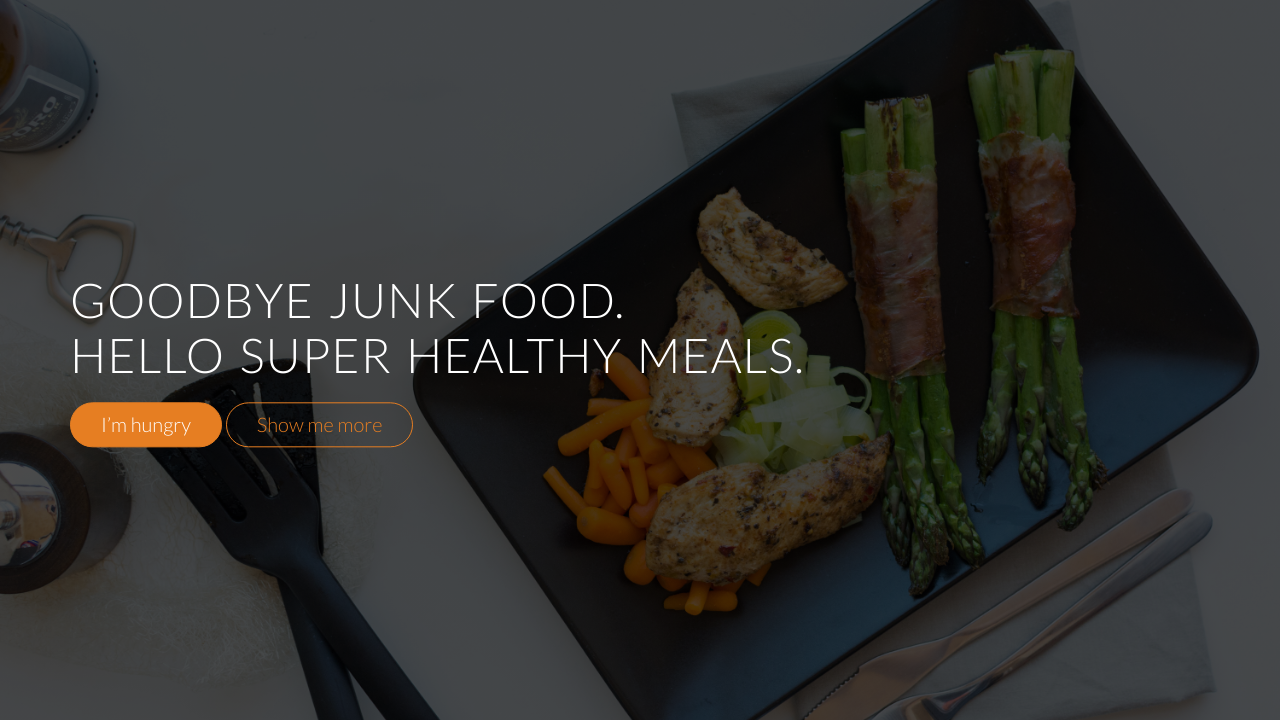
Repository: MalgorzataMazur/Omnifood
Page: index.html
An editor plug-in stored every save of this project. The page is shown before and after the next save, followed by the edit.
The browser window is 1280 px wide. The pictures show the whole page.

Above is the page before, as saved 2019-10-23 21:19:30.

### index.html
<!DOCTYPE html>
<html lang="en">
    <head>
        <link rel="stylesheet" href="vendors/css/normalize.css">
        <link rel="stylesheet" href="vendors/css/grid.css">
        <link rel="stylesheet" href="resources/css/style.css">
        <link href="https://fonts.googleapis.com/css?family=Lato:100,300,300i,400&display=swap" rel="stylesheet">
        <meta charset="UTF-8">
        <meta name="viewport" content="width=device-width, initial-scale=1.0">
        <meta http-equiv="X-UA-Compatible" content="ie=edge">
        <title>Omnifood</title>
    </head>
    <body>
        <header> <!-- like container to put some conetent nav, footer, main element for the main cinetent etc-->
            <div class="hero-text-box">
                <h1>Goodbye junk food.<br>Hello super healthy meals.</h1>
                <a class="btn btn-full" href="#">I’m hungry</a>
                <a class="btn btn-ghost" href="#">Show me more</a>



            </div>
        </header>


    </body>
</html>

### resources/css/style.css
* {
    margin: 0%;
    padding: 0%;
    box-sizing: border-box;
}

html {
    background-color: #fff;
    color: #555;
    font-family: 'Lato';'Arial', sans-serif;
    font-weight: 300;
    font-size: 20px;
    text-rendering: optimizeLegibility;
}

.row {
    max-width: 1140px;
    margin: 0 auto;
}

header {
    background-image: linear-gradient(rgba(0, 0, 0, 0.705), rgba(0, 0, 0, 0.705)), url(img/hero.jpg);
    background-size: cover;
    background-position: center;
    height: 100vh;
}

.hero-text-box {
    position: absolute;
    width: 1140px;
    top: 50%;
    left: 50%;
    transform: translate(-50%,-50%); /* move header*/
}

h1 {
    margin-top: 0;
    margin-bottom: 20px;
    color: #fff;
    font-size: 240%;
    font-weight: 300;
    text-transform: uppercase;
    letter-spacing: 1px;
    word-spacing: 4px;
}
 /*visited link should look just like the normal links in their normla state */
.btn:link, /* both look the same here*/
.btn:visited {   /* how element loks in the normal state, we use pseudo clasess it means the a element in its normal state*/
    display: inline-block;
    padding: 10px 30px;
    font-weight: 300;
    text-decoration: none; /* no underline */
    border-radius: 200px;
    color: #fff;
}



.btn-full:link,
.btn-full:visited {
    background-color: #e67e22;
    border: 1px solid #e67e22;
    color: #fff;

}

.btn-ghost:link,
.btn-ghost:visited {
    border: 1px solid #e67e22;
    color: #e67e22;
}

Loaded but not shown: vendors/css/normalize.css (library); vendors/css/grid.css (library)

After the next save:
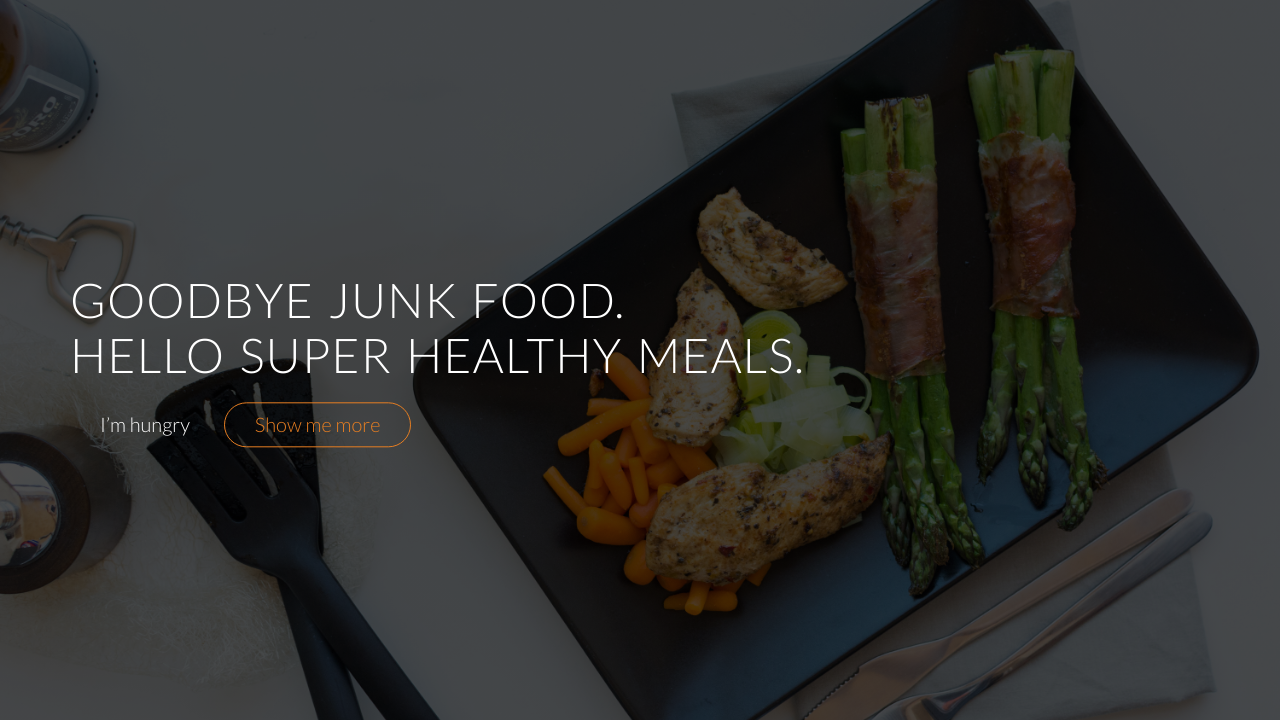
Saved 86 s later.
--- a/resources/css/style.css
+++ b/resources/css/style.css
@@ -53,8 +53,9 @@
     border-radius: 200px;
     color: #fff;
 }
-
-
+/*we want the button look exactly the same */
+.btn:hover,
+.btn:a
 
 .btn-full:link,
 .btn-full:visited {

After the 2 saves that followed:
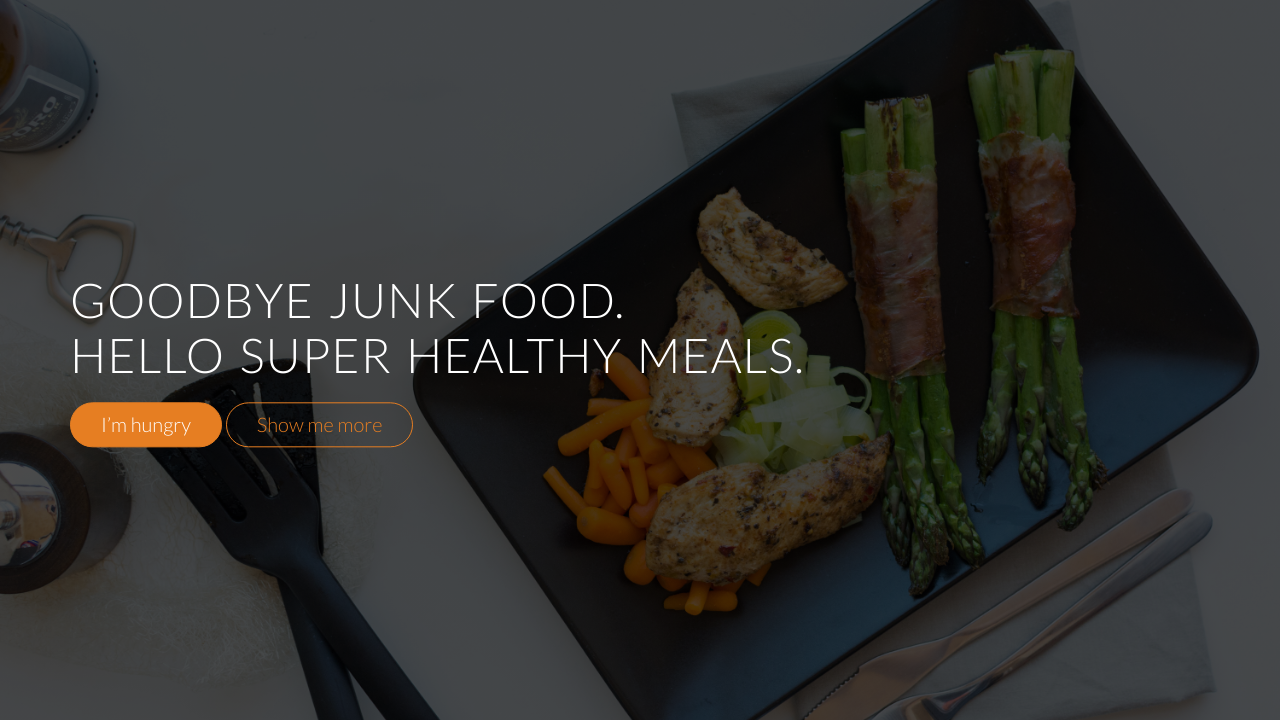
The 2 saves are shown as one change because 1 left the picture as it was.
The last was saved 49 s later.
--- a/resources/css/style.css
+++ b/resources/css/style.css
@@ -53,9 +53,11 @@
     border-radius: 200px;
     color: #fff;
 }
-/*we want the button look exactly the same */
+/*we want the button look exactly the same when we hover it or when we click on it, so wjhen its active*/
 .btn:hover,
-.btn:a
+.btn:active {
+
+}
 
 .btn-full:link,
 .btn-full:visited {
